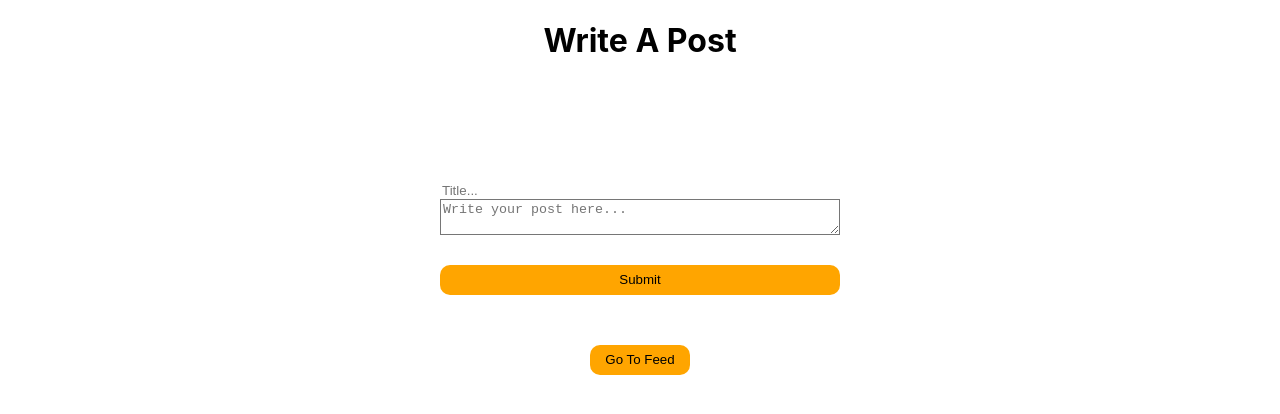
Repository: shaelorch/comp-week4
Page: /addPosts
The author's editor kept a copy of each file at every save. The page is drawn from the files as they stood at one save, then again after the next save.
The browser window is 1280 px wide. The pictures show the whole page.
The project was rebuilt for these pictures with package versions that can differ from the ones it lists, and the page was loaded fresh each time. The framework's server and built-in components were replaced by stand-ins that run in the browser. Also part of the build but not shown: next.config.js.

Above is the page before, as saved 2023-02-03 15:13:08.

### pages/addPosts.js
import { useState } from 'react'
import axios from 'axios'
import { useEffect } from 'react'
import Link from 'next/link'

export default function Home({posts}) {
    const [title, setTitle] = useState('')
    const [content, setContent] = useState('')

  const handleSubmit = async (e) => {
  e.preventDefault()
  const res = await axios.post('/api/posts', { title, content })
    console.log(res.data)
  }

  return <div style={{display:'flex', justifyContent:'center', flexDirection:'column' , alignItems:'center'}}>
  <h1 >Write A Post</h1>

        <form onSubmit={handleSubmit} style={{display: "flex", flexDirection: "column", width:400}}>
          <input placeholder="Title..." style={{backgroundColor:'white', color:'black',marginTop:100, border:'transparent'}} type="text" value={title} onChange={(e) => setTitle(e.target.value)} />
          <textarea placeholder='Write your post here...' style={{color:'black',backgroundColor:'white'}} value={content} onChange={(e) => setContent(e.target.value)} />


            <button style={{backgroundColor:'orange', borderRadius:10, border:'transparent', height:30, marginTop:30}} type="submit">Submit</button>
        </form>
        <Link href='/'>
            <button style={{display:'flex', marginTop:50, backgroundColor:'orange', border:'transparent', height:30, alignItems:'center', borderRadius:10, padding:15}}>Go To Feed</button>
        </Link>


    </div>
  }

Loaded but not shown: pages/_app.js (common file); styles/globals.css (common file)

After the next save:
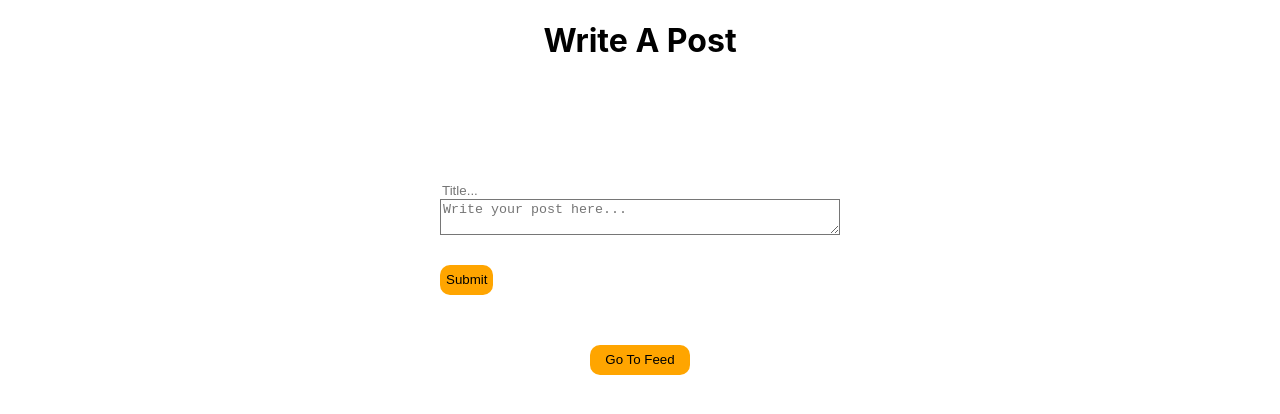
Saved 2 days later.
--- a/pages/addPosts.js
+++ b/pages/addPosts.js
@@ -20,9 +20,10 @@
           <input placeholder="Title..." style={{backgroundColor:'white', color:'black',marginTop:100, border:'transparent'}} type="text" value={title} onChange={(e) => setTitle(e.target.value)} />
           <textarea placeholder='Write your post here...' style={{color:'black',backgroundColor:'white'}} value={content} onChange={(e) => setContent(e.target.value)} />
 
-
+           <Link href="/">
             <button style={{backgroundColor:'orange', borderRadius:10, border:'transparent', height:30, marginTop:30}} type="submit">Submit</button>
-        </form>
+          </Link>
+       </form>
         <Link href='/'>
             <button style={{display:'flex', marginTop:50, backgroundColor:'orange', border:'transparent', height:30, alignItems:'center', borderRadius:10, padding:15}}>Go To Feed</button>
         </Link>

After the save that followed:
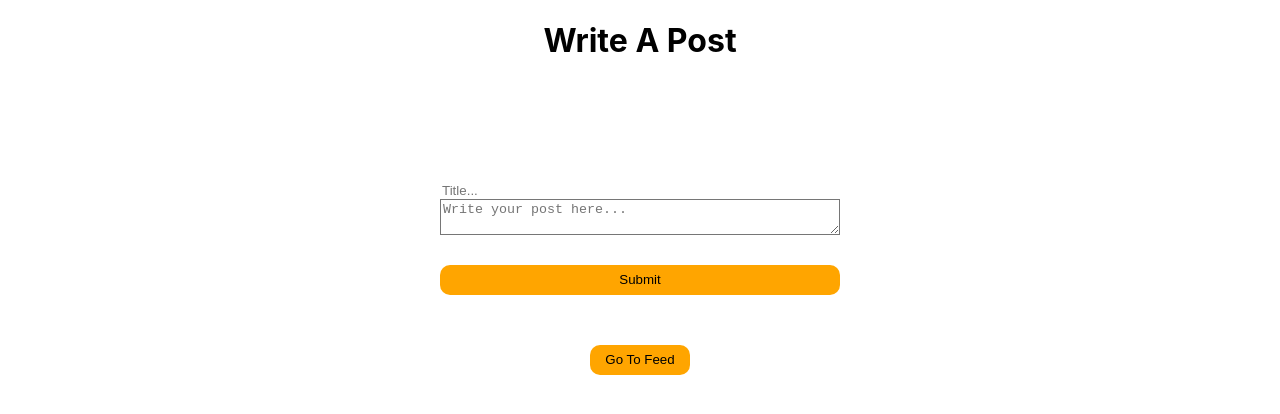
Saved 31 s later.
--- a/pages/addPosts.js
+++ b/pages/addPosts.js
@@ -20,9 +20,9 @@
           <input placeholder="Title..." style={{backgroundColor:'white', color:'black',marginTop:100, border:'transparent'}} type="text" value={title} onChange={(e) => setTitle(e.target.value)} />
           <textarea placeholder='Write your post here...' style={{color:'black',backgroundColor:'white'}} value={content} onChange={(e) => setContent(e.target.value)} />
 
-           <Link href="/">
+
             <button style={{backgroundColor:'orange', borderRadius:10, border:'transparent', height:30, marginTop:30}} type="submit">Submit</button>
-          </Link>
+
        </form>
         <Link href='/'>
             <button style={{display:'flex', marginTop:50, backgroundColor:'orange', border:'transparent', height:30, alignItems:'center', borderRadius:10, padding:15}}>Go To Feed</button>
